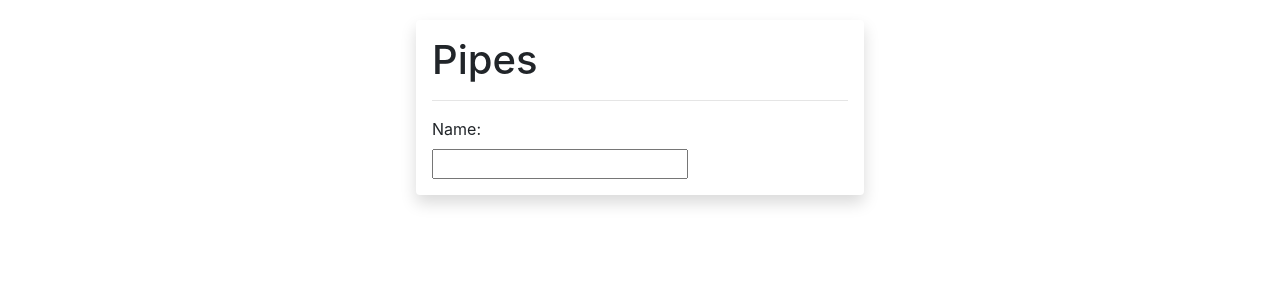
Repository: Evincars/udemy-angular
Page: / (app in pipes/)
The author's editor kept a copy of each file at every save. The page is drawn from the files as they stood at one save, then again after the next save.
The browser window is 1280 px wide. The pictures show the whole page.
The project was rebuilt for these pictures with package versions that can differ from the ones it lists, and the page was loaded fresh each time. Also part of the build but not shown: pipes/angular.json.

Above is the page before, as saved 2020-04-04 15:22:32.

### pipes/src/app/app.component.html
<div class="container shadow p-3 mb-5 bg-white rounded">
  <h1>Pipes</h1>
  <hr>
  <div class="col-md-6 from-group">
    <div class="row">
      <label>Name:</label>
    </div>
    <div class="row">
      <input type="text" (input)="onNameChange($event.target.value)" />
    </div>
  </div>
  <div class="col-md-6">

  </div>
</div>

### pipes/src/app/app.component.scss
.container {
  margin-top: 20px;
  width: 35%;
}

Loaded but not shown: pipes/src/index.html (common file); pipes/src/styles.scss (common file); pipes/src/main.ts (common file); pipes/src/app/app.module.ts (common file); pipes/src/environments/environment.ts (common file); pipes/src/app/app.component.ts (common file)

After the next save:
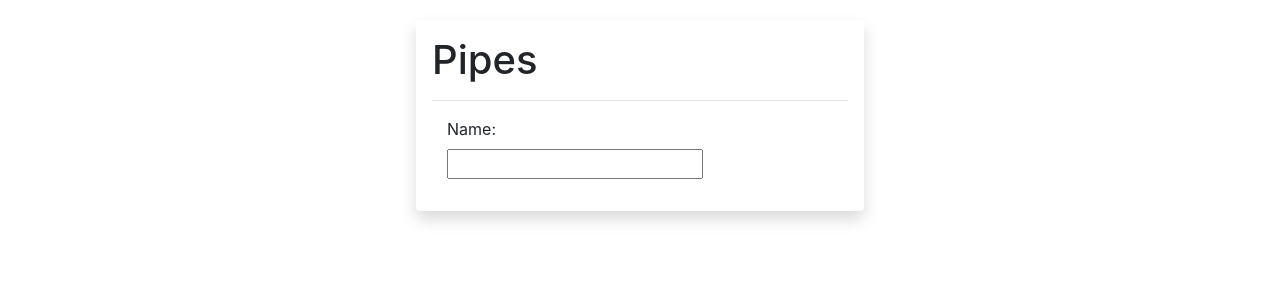
Saved 91 s later.
--- a/pipes/src/app/app.component.html
+++ b/pipes/src/app/app.component.html
@@ -1,13 +1,13 @@
 <div class="container shadow p-3 mb-5 bg-white rounded">
   <h1>Pipes</h1>
   <hr>
-  <div class="col-md-6 from-group">
-    <div class="row">
-      <label>Name:</label>
-    </div>
-    <div class="row">
-      <input type="text" (input)="onNameChange($event.target.value)" />
-    </div>
+  <div class="col-md-6">
+    <form>
+      <div class="form-group">
+        <label>Name:</label>
+        <input type="text" (input)="onNameChange($event.target.value)" />
+      </div>
+    </form>
   </div>
   <div class="col-md-6">
 
